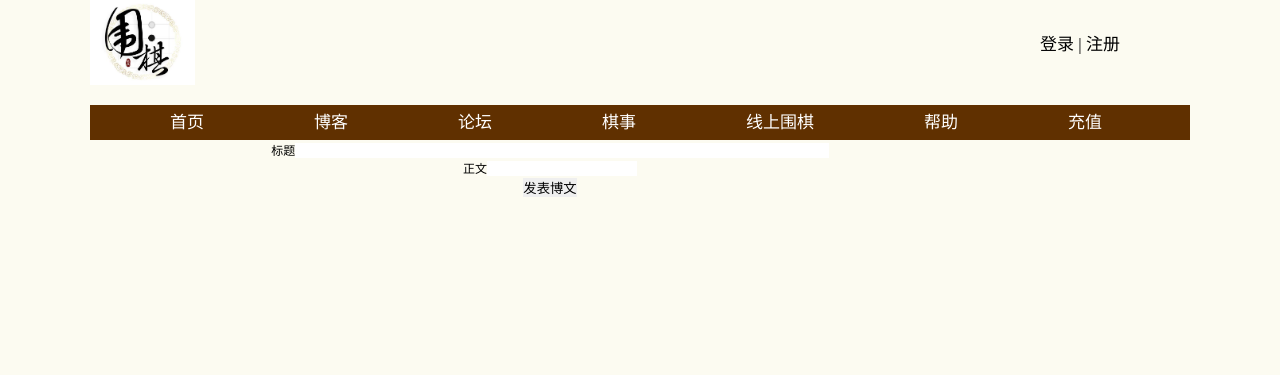
Repository: yxh0/Go
Page: http://localhost/keshe/keshe/blog_post.jsp
An editor plug-in stored every save of this project. The page is shown before and after the next save, followed by the edit.
The browser window is 1280 px wide. The pictures show the whole page.
The page is served by Tomcat 9.

Above is the page before, as saved 2020-06-11 10:58:24.

After the next save:
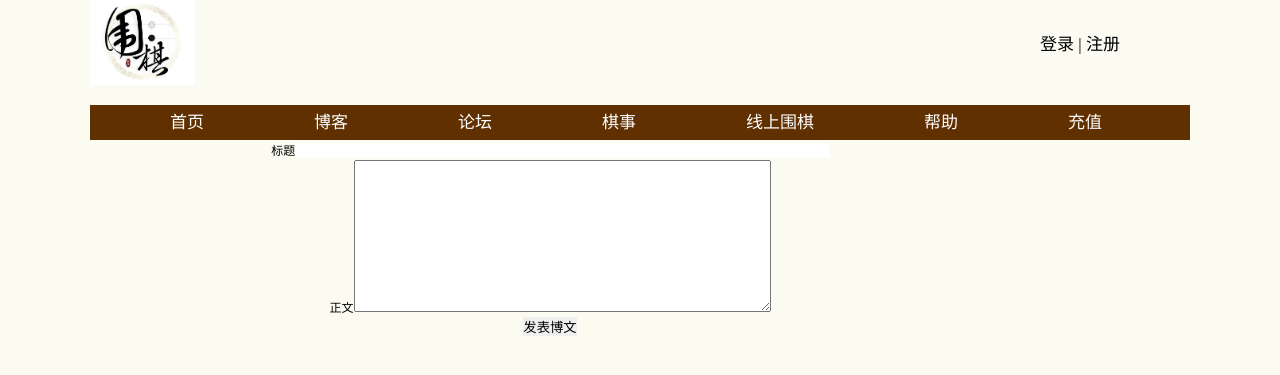
Saved 3 min 10 s later.
--- a/SoftwareProjectGo/keshe/WebContent/keshe/blog_post.jsp
+++ b/SoftwareProjectGo/keshe/WebContent/keshe/blog_post.jsp
@@ -42,7 +42,7 @@
 		<div class="border w"></div>
 		<form action="addblog.jsp" name="register" method="post">
 			<center>标题<input type="textArea" name="blog_title" style="width:40em" class="code"><br></center>
-			<center>正文<input type="textArea" name="blog_text" cols="50" rows="20" class="input"><br>
+			<center>正文<textarea name="blog_text" cols="50" rows="10"></textarea><br>
 			<input type="submit" value="发表博文" class="now-register"></center>
          </form>
 	</div>
